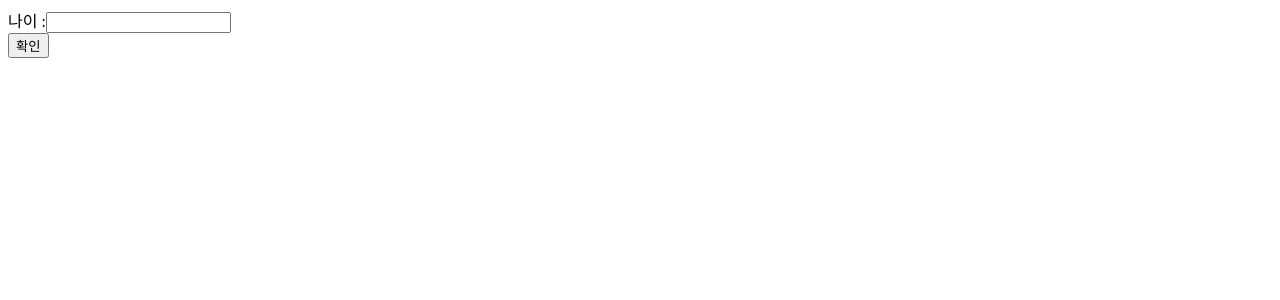
Repository: lee-ruru/jsp_practice
Page: http://localhost/JSPBasic/JspObject/2.response/res_basic.jsp
An editor plug-in stored every save of this project. The page is shown before and after the next save, followed by the edit.
The browser window is 1280 px wide. The pictures show the whole page.
The page is served by Tomcat 9.

Above is the page before, as saved 2022-02-04 02:47:41.

### JSPBasic/src/main/webapp/JspObject/2.response/res_basic.jsp
<%@ page language="java" contentType="text/html; charset=UTF-8"
    pageEncoding="UTF-8"%>
<!DOCTYPE html>
<html>
<head>
<meta charset="UTF-8">
<title>미성년자 체크</title>
</head>
<body>
<%-- form태그를 하나 만들어 주세요.
목적지는 res_check.jsp 이고 method는 get 방식입니다.
input 태그로 나이를 입력받고, 제출버튼에는 "확인"이라고 적혀있습니다. --%>
	<form action = "res_check.jsp" method="get">
	나이 :<input type="number" name="age"/><br/>

	<input type = "submit" value="확인"/>
	</form>

</body>
</html>

After the next save:
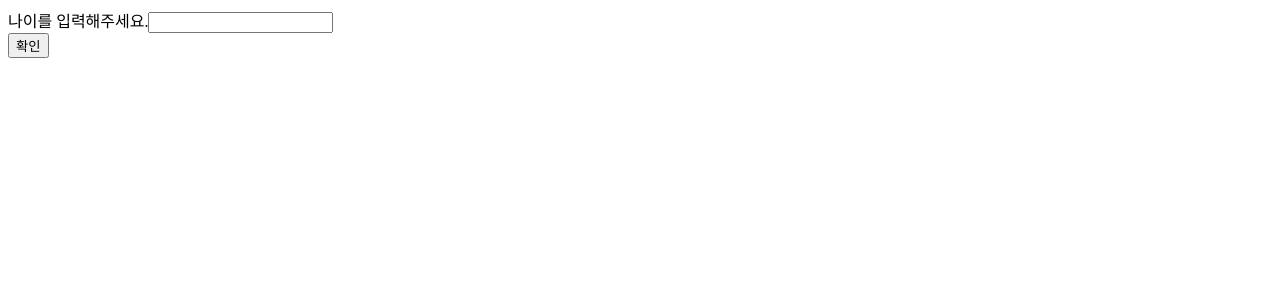
Saved 2 min 6 s later.
--- a/JSPBasic/src/main/webapp/JspObject/2.response/res_basic.jsp
+++ b/JSPBasic/src/main/webapp/JspObject/2.response/res_basic.jsp
@@ -11,7 +11,7 @@
 목적지는 res_check.jsp 이고 method는 get 방식입니다.
 input 태그로 나이를 입력받고, 제출버튼에는 "확인"이라고 적혀있습니다. --%>
 	<form action = "res_check.jsp" method="get">
-	나이 :<input type="number" name="age"/><br/>
+	나이를 입력해주세요.<input type="number" name="age"/><br/>
 
 	<input type = "submit" value="확인"/>
 	</form>
